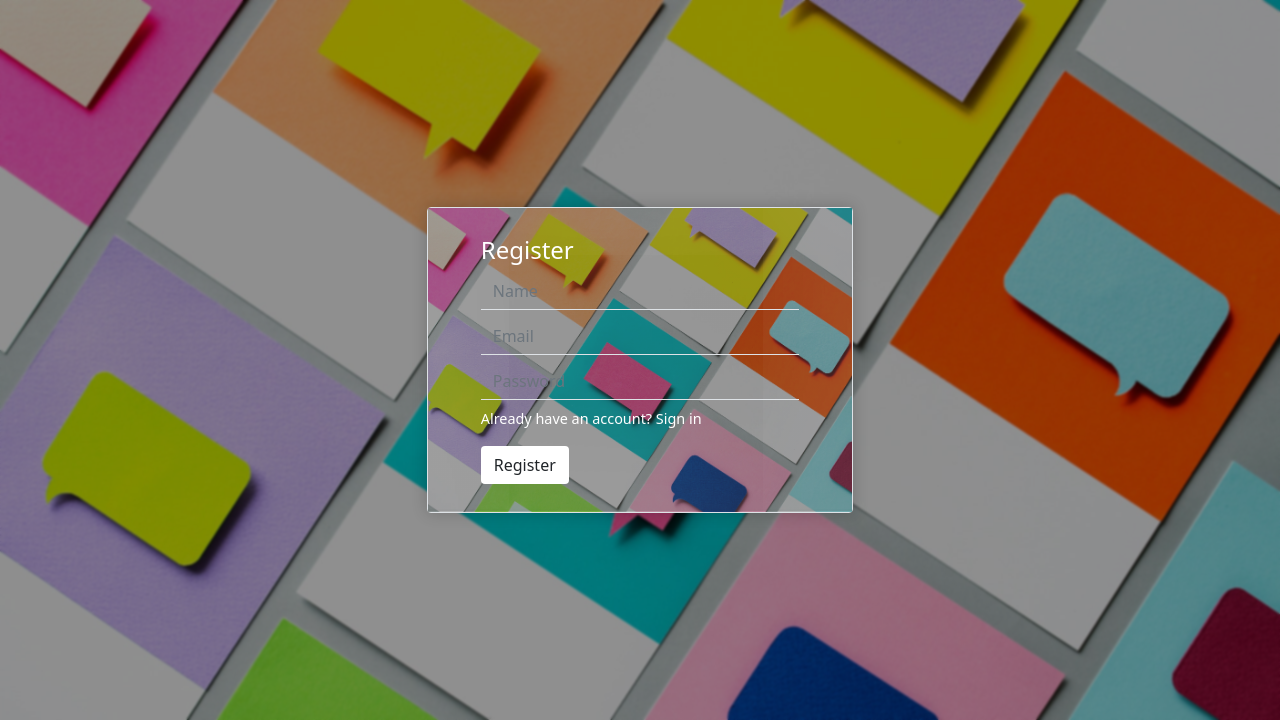
Repository: SaudCh/React-login
Page: /register
An editor plug-in stored every save of this project. The page is shown before and after the next save, followed by the edit.
The browser window is 1280 px wide. The pictures show the whole page.
The project was rebuilt for these pictures with package versions that can differ from the ones it lists, and the page was loaded fresh each time. Also part of the build but not shown: src/Components/Login/loginValidation.js, src/Components/Login/Login.jsx, src/Components/Shared/Header.jsx, src/Components/NotFound/NotFound.jsx.

Above is the page before, as saved 2022-02-06 15:31:36.

### src/App.js
import '../node_modules/bootstrap/dist/css/bootstrap.min.css'
import LoggedOutRouter from './Components/Router/LoggedOut';
import { useAuth } from './Components/Authentication/AuthHook';
import { AuthContext } from "./Components/Authentication/AuthContext";


function App() {
  const { login, logout, token, userId } = useAuth()

  return (
    <AuthContext.Provider
      value={{
        isLoggedIn: !!token,
        token: token,
        userId: userId,
        login: login,
        logout: logout,
      }}
    >
      <LoggedOutRouter />
    </AuthContext.Provider>

  );
}

export default App;

### src/Components/Router/LoggedOut.jsx
import { Routes, Route, Outlet, Navigate } from "react-router-dom";

// import Home from "../Home/Home";
import Login from "../Login/Login";
import Register from "../Register/Register";
import Header from "../Shared/Header";
import NotFound from "../NotFound/NotFound";

function LoggedOutRouter() {
  return (
    <Routes>
      <Route path="/" element={<WithHeader />}>
        <Route path="/" element={<Navigate replace to="/login" />} />
        <Route path="*" element={<NotFound />} />
      </Route>
      <Route path="/">
        <Route path="login" element={<Login />} />
        <Route path="register" element={<Register />} />
      </Route>
    </Routes>
  );
}
const WithHeader = () => {
  return (
    <div>
      <Header />
      <Outlet />
    </div>
  );
};

export default LoggedOutRouter;

### src/Components/Authentication/AuthHook.js
import { useState, useCallback, useEffect } from "react";

let logoutTimer;

export const useAuth = () => {
    const [token, setToken] = useState(false);
    const [userId, setUserId] = useState(false);
    const [timer, setTimer] = useState()

    const login = useCallback((id, token, expireTime) => {
        setToken(token);
        setUserId(id);
        const expires = expireTime || new Date(new Date().getTime() + 1000 * 60 * 60)
        setTimer(expires)
        localStorage.setItem('userData', JSON.stringify({
            userId: id,
            token: token,
            expires: expires.toISOString()
        }))
    }, []);

    const logout = useCallback(() => {
        setToken(null);
        setUserId(null);
        setTimer(null)
        localStorage.removeItem('userData')
    }, []);

    useEffect(() => {
        const storedData = JSON.parse(localStorage.getItem('userData'))
        if (storedData && storedData.token && new Date(storedData.expires) > new Date()) {
            login(storedData.userId, storedData.token, new Date(storedData.expires))
        }
    }, [login])

    useEffect(() => {
        if (token && timer) {
            const rt = timer.getTime() - new Date()
            logoutTimer = setTimeout(logout, rt)
        } else {
            clearTimeout(logoutTimer)
        }
    }, [token, logout, timer]);

    return { login, logout, token, userId }

}

### src/Components/Authentication/AuthContext.js
import { createContext } from "react";

export const AuthContext = createContext({
    isLoggedIn: false,
    userId: null,
    token: null,
    login: () => { },
    logout: () => { },
});

### src/Components/Register/Register.jsx
import React, { useState } from "react";
import "./Register.css";
import { registerInputField } from "../Shared/css";
import axios from "axios";
import { registrationValidation } from "./RegisterValidation";
import { Link } from "react-router-dom";

export default function Register() {
  const [name, setName] = useState();
  const [email, setEmail] = useState();
  const [password, setPassword] = useState();
  const [error, setError] = useState("");

  const formSubmit = (e) => {
    setError("");
    e.preventDefault();
    const data = {
      name: name,
      email: email,
      password: password,
    };

    const errors = registrationValidation(data);

    console.log(Object.keys(errors).length);

    if (Object.keys(errors).length !== 0) {
      setError(errors);
      return;
    }

    axios
      .post("http://localhost:5000/api/user/register", data)
      .then(function (response) {
        console.log(response);
      })
      .catch(function (error) {
        let err;
        if (error.response) {
          err = error.response.data.message;
        } else if (error.request) {
          err = error.toJSON().message;
        } else {
          err = error.message;
        }
        setError({ api: err });
      });
  };

  return (
    <div>
      <div className="container-fluid">
        <div className="row background-image">
          <div className="col-10 col-md-4 background-text border rounded">
            <form onSubmit={formSubmit} className="col-9">
              <div className="my-2">
                <h4 className="text-white">Register </h4>
              </div>
              {error.api && <p className="text-danger p-0 m-0">{error.api}</p>}
              <div className="my-2">
                <input
                  type="text"
                  style={registerInputField}
                  value={name}
                  onChange={(name) => setName(name.target.value)}
                  className="form-control border-bottom hlo"
                  id="name"
                  placeholder="Name"
                />
                {error.name && (
                  <p className="text-danger p-0 m-0">{error.name}</p>
                )}
              </div>
              <div className="form-group my-2">
                <input
                  style={registerInputField}
                  value={email}
                  onChange={(email) => setEmail(email.target.value)}
                  type="email"
                  class="form-control border-bottom"
                  id="email"
                  placeholder="Email"
                />
                {error.email && (
                  <p className="text-danger p-0 m-0">{error.email}</p>
                )}
              </div>
              <div className="form-group my-2">
                <input
                  style={registerInputField}
                  value={password}
                  onChange={(password) => setPassword(password.target.value)}
                  type="password"
                  class="form-control border-bottom"
                  id="password"
                  placeholder="Password"
                />
                {error.password && (
                  <p className="text-danger p-0 m-0">{error.password}</p>
                )}
              </div>
              <div className="my-2">
                <div>
                  <p className="text-white" style={{ fontSize: "0.9rem" }}>
                    Already have an account?{" "}
                    <Link
                      to="/login"
                      class="text-white"
                      style={{ textDecoration: "none" }}
                    >
                      Sign in
                    </Link>
                  </p>
                </div>
                <button className="btn" style={{ backgroundColor: "white" }}>
                  Register
                </button>
              </div>
            </form>
          </div>
        </div>
      </div>
    </div>
  );
}

### src/Components/Login/Login.css
:root {
  --primary: rgba(254, 113, 145, 0.4);
  --secondary: rgba(255, 133, 133, 0.4);
}
.login-background-image {
  height: 100vh;

  background: linear-gradient(to top right, var(--primary), var(--secondary)),
    url("../Images/back.jpg") no-repeat center center / cover;
}

.login-btn {
  width: 100%;
  border: none;
  border-radius: 25px;
  padding: 5px 0;
  color: white;
  background: linear-gradient(
    to right,
    rgb(254, 113, 145),
    rgb(255, 133, 133)
  );
}

input:hover,
input:active,
input:focus,
input:-webkit-autofill {
  outline: 0px !important;
  -webkit-appearance: none;
  box-shadow: none !important;
}
input:-webkit-autofill,
input:-webkit-autofill:focus {
  transition: background-color 600000s 0s, color 600000s 0s;
}

### src/Components/Shared/css.js
export const loginInputField = {
    backgroundColor: "transparent",
    borderRadius: 25,
};
export const registerInputField = {
    backgroundColor: "transparent",
    color: "white",
    border: "none",
    borderRadius: 0,
};

### src/Components/Register/Register.css
.background-image {
  background-image: linear-gradient(rgba(0, 0, 0, 0.4), rgba(0, 0, 0, 0.4)),
    url("../Images/back.jpg");
  background-position: center;
  background-repeat: no-repeat;
  background-size: cover;

  height: 100vh;
  justify-content: center;
  align-items: center;

  position: relative;
  z-index: 1;
}
.background-image::before {
  content: "";
  position: absolute;
  background: inherit;
  top: 0;
  bottom: 0;
  left: 0;
  right: 0;
  filter: blur(1px);
  z-index: -1;
}

.background-text {
  padding: 20px 0px;
  display: flex;
  justify-content: center;
  align-items: center;

  box-shadow: 0 0 1rem 0 rgba(0, 0, 0, 0.2);
  position: relative;
  background: inherit;
  z-index: 1;
}
.background-text::before {
  content: "";
  position: absolute;
  background: inherit;
  top: 0;
  bottom: 0;
  left: 0;
  right: 0;
  box-shadow: inset 0 0 2000px rgba(255, 255, 255, 0.3);
  /* filter: blur(1px); */
  z-index: -1;
}

input:hover,
input:active,
input:focus,
input:-webkit-autofill {
  outline: 0px !important;
  -webkit-appearance: none;
  box-shadow: none !important;
}
input:-webkit-autofill,
input:-webkit-autofill:focus {
  transition: background-color 600000s 0s, color 600000s 0s;
}

### src/Components/Register/RegisterValidation.js
export const registrationValidation = (data) => {
    let errors = {};

    if (!data.name) {
        errors.name = "Name is Required."
    }
    if (!data.email) {
        errors.email = "Email Is Required."
    }
    else if (!/\S+@\S+\.\S+/.test(data.email)) {
        errors.email = "Invalid Email"
    }
    if (!data.password) {
        errors.password = "Password is required."
    }
    else if (data.password.length < 6) {
        errors.password = "Password Must be more than Six Characters"
    }
    return errors;

}

Loaded but not shown: public/index.html (common file); src/index.js (common file); src/index.css (common file); src/reportWebVitals.js (common file)

After the next save:
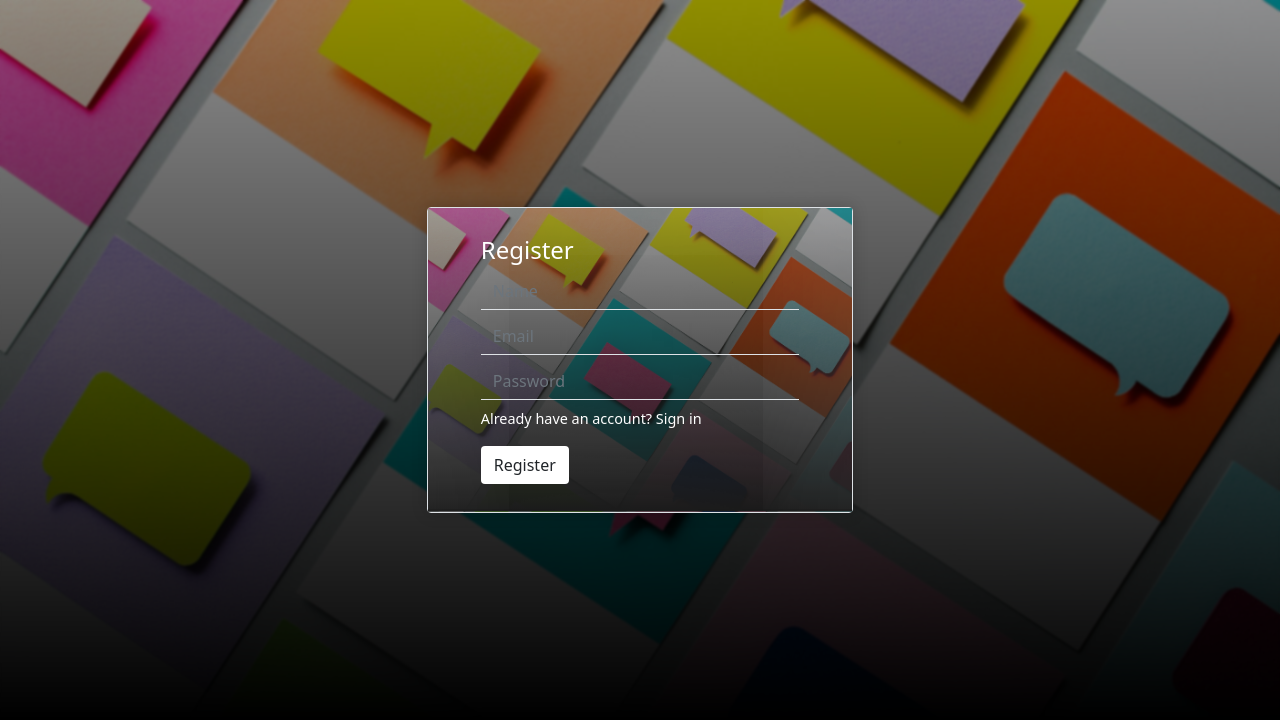
Saved 8 s later.
--- a/src/Components/Register/Register.css
+++ b/src/Components/Register/Register.css
@@ -1,5 +1,5 @@
 .background-image {
-  background-image: linear-gradient(rgba(0, 0, 0, 0.4), rgba(0, 0, 0, 0.4)),
+  background-image: linear-gradient(rgba(0, 0, 0, 0.4), rgba(0, 0, 0, 1)),
     url("../Images/back.jpg");
   background-position: center;
   background-repeat: no-repeat;
